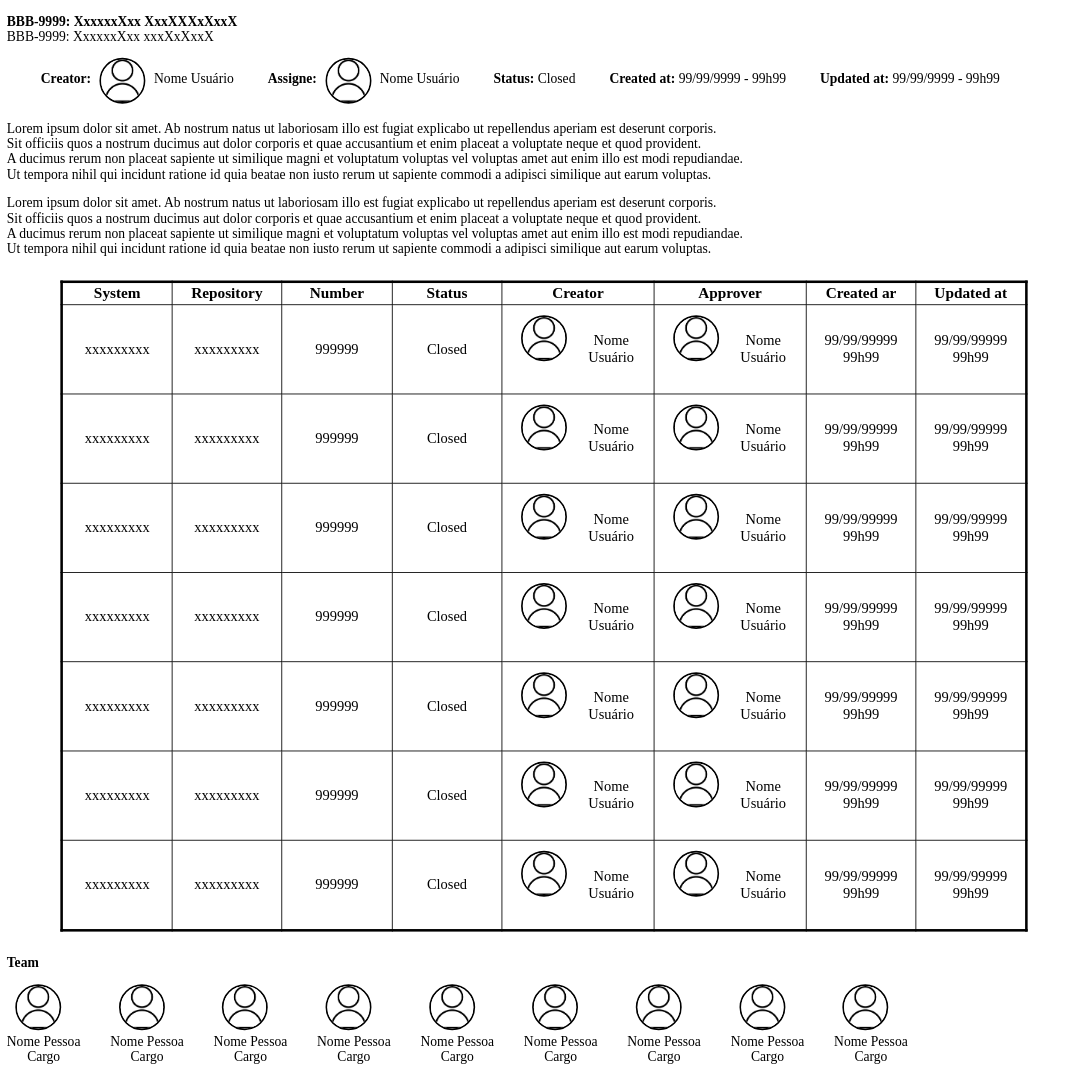
Repository: AnaBerlanda/PaginaFer
Page: index.html
An editor plug-in stored every save of this project. The page is shown before and after the next save, followed by the edit.
The browser window is 1280 px wide. The pictures show the whole page, at 85% of full size.

Above is the page before, as saved 2022-05-23 21:59:42.

### index.html
<!DOCTYPE html>
<html lang="en">
<head>
    <meta charset="UTF-8">
    <meta http-equiv="X-UA-Compatible" content="IE=edge">
    <meta name="viewport" content="width=device-width, initial-scale=1.0">
    <link type="text/css" rel="stylesheet" href="index.css">
    <title>Release</title>
</head>
<body>
    <p>
        <strong>BBB-9999: XxxxxxXxx XxxXXXxXxxX</strong><br>
        BBB-9999: XxxxxxXxx xxxXxXxxX
    </p>
    <div class="container">
        <div class="textos">
        <p class="sub-titulos"><strong>Creator:</strong></p>
        </div>
        <div class="imagem">
            <img src="imagem/Icone-usuario-Png-1024x1024.png">
        </div>
        <div class="nome-usuario">
            <p>Nome Usuário</p>
        </div>
        <div class="textos">
            <p class="sub-titulos"><strong>Assigne:</strong></p>
        </div>
            <div class="imagem">
                <img src="imagem/Icone-usuario-Png-1024x1024.png">
            </div>
            <div class="nome-usuario">
                <p>Nome Usuário</p>
            </div>
        <div class="textos">
            <p class="sub-titulos"><strong>Status:</strong> Closed</p>
        </div>
        <div class="textos">
            <p class="sub-titulos"><strong>Created at:</strong> 99/99/9999 - 99h99</p>
        </div>
        <div class="textos">
            <p class="sub-titulos"><strong>Updated at:</strong> 99/99/9999 - 99h99</p>
        </div>
    </div>
    <p>
        Lorem ipsum dolor sit amet. Ab nostrum natus ut laboriosam illo est fugiat explicabo ut repellendus aperiam est deserunt corporis.<br> Sit officiis quos a nostrum ducimus aut dolor corporis et quae accusantium et enim placeat a voluptate neque et quod provident.<br> A ducimus rerum non placeat sapiente ut similique magni et voluptatum voluptas vel voluptas amet aut enim illo est modi repudiandae.<br> Ut tempora nihil qui incidunt ratione id quia beatae non iusto rerum ut sapiente commodi a adipisci similique aut earum voluptas.
    </p>
    <p>
        Lorem ipsum dolor sit amet. Ab nostrum natus ut laboriosam illo est fugiat explicabo ut repellendus aperiam est deserunt corporis.<br> Sit officiis quos a nostrum ducimus aut dolor corporis et quae accusantium et enim placeat a voluptate neque et quod provident.<br> A ducimus rerum non placeat sapiente ut similique magni et voluptatum voluptas vel voluptas amet aut enim illo est modi repudiandae.<br> Ut tempora nihil qui incidunt ratione id quia beatae non iusto rerum ut sapiente commodi a adipisci similique aut earum voluptas.
    </p>
    <table class="tabela">
        <tr>
            <th>System</th>
            <th>Repository</th>
            <th>Number</th>
            <th>Status</th>
            <th>Creator</th>
            <th>Approver</th>
            <th>Created ar</th>
            <th>Updated at</th>
        </tr>
        <tr>
            <td>xxxxxxxxx</td>
            <td>xxxxxxxxx</td>
            <td>999999</td>
            <td>Closed</td>
            <td>
                <div class="tabela-imagem">
                    <div class="imagem">
                    <img src="imagem/Icone-usuario-Png-1024x1024.png">
                    </div>
                <div class="textos">
                    <p class="nome">Nome Usuário</p>
                </div>
                </div>
            </td>
            <td>
                <div class="tabela-imagem">
                    <div class="imagem">
                    <img src="imagem/Icone-usuario-Png-1024x1024.png">
                    </div>
                <div class="textos">
                    <p class="nome">Nome Usuário</p>
                </div>
                </div>
            </td>
            <td>99/99/99999 99h99</td>
            <td>99/99/99999 99h99</td>
        </tr>
        <tr>
            <td>xxxxxxxxx</td>
            <td>xxxxxxxxx</td>
            <td>999999</td>
            <td>Closed</td>
            <td>
                <div class="tabela-imagem">
                    <div class="imagem">
                    <img src="imagem/Icone-usuario-Png-1024x1024.png">
                    </div>
                <div class="textos">
                    <p class="nome">Nome Usuário</p>
                </div>
                </div>
            </td>
            <td>
                <div class="tabela-imagem">
                    <div class="imagem">
                    <img src="imagem/Icone-usuario-Png-1024x1024.png">
                    </div>
                <div class="textos">
                    <p class="nome">Nome Usuário</p>
                </div>
                </div>
            </td>
            <td>99/99/99999 99h99</td>
            <td>99/99/99999 99h99</td>
        </tr>
        <tr>
            <td>xxxxxxxxx</td>
            <td>xxxxxxxxx</td>
            <td>999999</td>
            <td>Closed</td>
            <td>
                <div class="tabela-imagem">
                    <div class="imagem">
                    <img src="imagem/Icone-usuario-Png-1024x1024.png">
                    </div>
                <div class="textos">
                    <p class="nome">Nome Usuário</p>
                </div>
                </div>
            </td>
            <td>
                <div class="tabela-imagem">
                    <div class="imagem">
                    <img src="imagem/Icone-usuario-Png-1024x1024.png">
                    </div>
                <div class="textos">
                    <p class="nome">Nome Usuário</p>
                </div>
                </div>
            </td>
            <td>99/99/99999 99h99</td>
            <td>99/99/99999 99h99</td>
        </tr>
        <tr>
            <td>xxxxxxxxx</td>
            <td>xxxxxxxxx</td>
            <td>999999</td>
            <td>Closed</td>
            <td>
                <div class="tabela-imagem">
                    <div class="imagem">
                    <img src="imagem/Icone-usuario-Png-1024x1024.png">
                    </div>
                <div class="textos">
                    <p class="nome">Nome Usuário</p>
                </div>
                </div>
            </td>
            <td>
                <div class="tabela-imagem">
                    <div class="imagem">
                    <img src="imagem/Icone-usuario-Png-1024x1024.png">
                    </div>
                <div class="textos">
                    <p class="nome">Nome Usuário</p>
                </div>
                </div>
            </td>
            <td>99/99/99999 99h99</td>
            <td>99/99/99999 99h99</td>
        </tr>
        <tr>
            <td>xxxxxxxxx</td>
            <td>xxxxxxxxx</td>
            <td>999999</td>
            <td>Closed</td>
            <td>
                <div class="tabela-imagem">
                    <div class="imagem">
                    <img src="imagem/Icone-usuario-Png-1024x1024.png">
                    </div>
                <div class="textos">
                    <p class="nome">Nome Usuário</p>
                </div>
                </div>
            </td>
            <td>
                <div class="tabela-imagem">
                    <div class="imagem">
                    <img src="imagem/Icone-usuario-Png-1024x1024.png">
                    </div>
                <div class="textos">
                    <p class="nome">Nome Usuário</p>
                </div>
                </div>
            </td>
            <td>99/99/99999 99h99</td>
            <td>99/99/99999 99h99</td>
        </tr>
        <tr>
            <td>xxxxxxxxx</td>
            <td>xxxxxxxxx</td>
            <td>999999</td>
            <td>Closed</td>
            <td>
                <div class="tabela-imagem">
                    <div class="imagem">
                    <img src="imagem/Icone-usuario-Png-1024x1024.png">
                    </div>
                <div class="textos">
                    <p class="nome">Nome Usuário</p>
                </div>
                </div>
            </td>
            <td>
                <div class="tabela-imagem">
                    <div class="imagem">
                    <img src="imagem/Icone-usuario-Png-1024x1024.png">
                    </div>
                <div class="textos">
                    <p class="nome">Nome Usuário</p>
                </div>
                </div>
            </td>
            <td>99/99/99999 99h99</td>
            <td>99/99/99999 99h99</td>
        </tr>
        <tr>
            <td>xxxxxxxxx</td>
            <td>xxxxxxxxx</td>
            <td>999999</td>
            <td>Closed</td>
            <td>
                <div class="tabela-imagem">
                    <div class="imagem">
                    <img src="imagem/Icone-usuario-Png-1024x1024.png">
                    </div>
                <div class="textos">
                    <p class="nome">Nome Usuário</p>
                </div>
                </div>
            </td>
            <td>
                <div class="tabela-imagem">
                    <div class="imagem">
                    <img src="imagem/Icone-usuario-Png-1024x1024.png">
                    </div>
                <div class="textos">
                    <p class="nome">Nome Usuário</p>
                </div>
                </div>
            </td>
            <td>99/99/99999 99h99</td>
            <td>99/99/99999 99h99</td>
        </tr>
    </table>
    <p><strong>Team</strong></p>
    <div class="imagens-time">
        <div class="imagem">
            <img src="imagem/Icone-usuario-Png-1024x1024.png">
            <p class="nome">Nome Pessoa</p>
            <p class="cargo">Cargo</p>
        </div>
        <div class="imagem">
            <img src="imagem/Icone-usuario-Png-1024x1024.png">
            <p class="nome">Nome Pessoa</p>
            <p class="cargo">Cargo</p>
        </div>
        <div class="imagem">
            <img src="imagem/Icone-usuario-Png-1024x1024.png">
            <p class="nome">Nome Pessoa</p>
            <p class="cargo">Cargo</p>
        </div>
        <div class="imagem">
            <img src="imagem/Icone-usuario-Png-1024x1024.png">
            <p class="nome">Nome Pessoa</p>
            <p class="cargo">Cargo</p>
        </div>
        <div class="imagem">
            <img src="imagem/Icone-usuario-Png-1024x1024.png">
            <p class="nome">Nome Pessoa</p>
            <p class="cargo">Cargo</p>
        </div>
        <div class="imagem">
            <img src="imagem/Icone-usuario-Png-1024x1024.png">
            <p class="nome">Nome Pessoa</p>
            <p class="cargo">Cargo</p>
        </div>
        <div class="imagem">
            <img src="imagem/Icone-usuario-Png-1024x1024.png">
            <p class="nome">Nome Pessoa</p>
            <p class="cargo">Cargo</p>
        </div>
        <div class="imagem">
            <img src="imagem/Icone-usuario-Png-1024x1024.png">
            <p class="nome">Nome Pessoa</p>
            <p class="cargo">Cargo</p>
        </div>
        <div class="imagem">
            <img src="imagem/Icone-usuario-Png-1024x1024.png">
            <p class="nome">Nome Pessoa</p>
            <p class="cargo">Cargo</p>
        </div>

    </div>
    <div class="textos-time">


    </div>

    </div>















</body>
</html>

### index.css
.container{
    display: flex;

}
.imagem img{
    width: 50px;
    height: 50px;
    border-radius: 50%;
    border: 2px solid black;
    margin-left: 10px;
}
.textos{
    margin-left: 40px;
}
.nome-usuario{
    margin-left: 10px;
}
.main-container{
    display: flex;
    justify-content: space-around;
    gap: 10px;
}
table {
    border-collapse: collapse;
    border: 3px solid black;
    width: 90%;
    margin: 28px auto;
    border-radius: 2%;
}
table th{
    border: 1px solid black;
    color:black;
    font-size: 18px;
    padding: 2px;

}
table td {
    text-align: center;
    border: 1px solid black;
    color: black;
    font-size: 17px;
    width: 10%;
    padding: 5px;
}
.tabela-imagem{
    display:flex
}
.tabela-imagem .textos{
    margin: 10px;
}
.tabela-imagem .imagem{
    margin: 7px;
}
.imagens-time{
display: flex;
}
.imagens-time{
    display: flex;
    gap: 35px;
}
.imagens-time .imagem p{
    margin: 0;
    padding: 0;
    text-align: center;
}

After the next save:
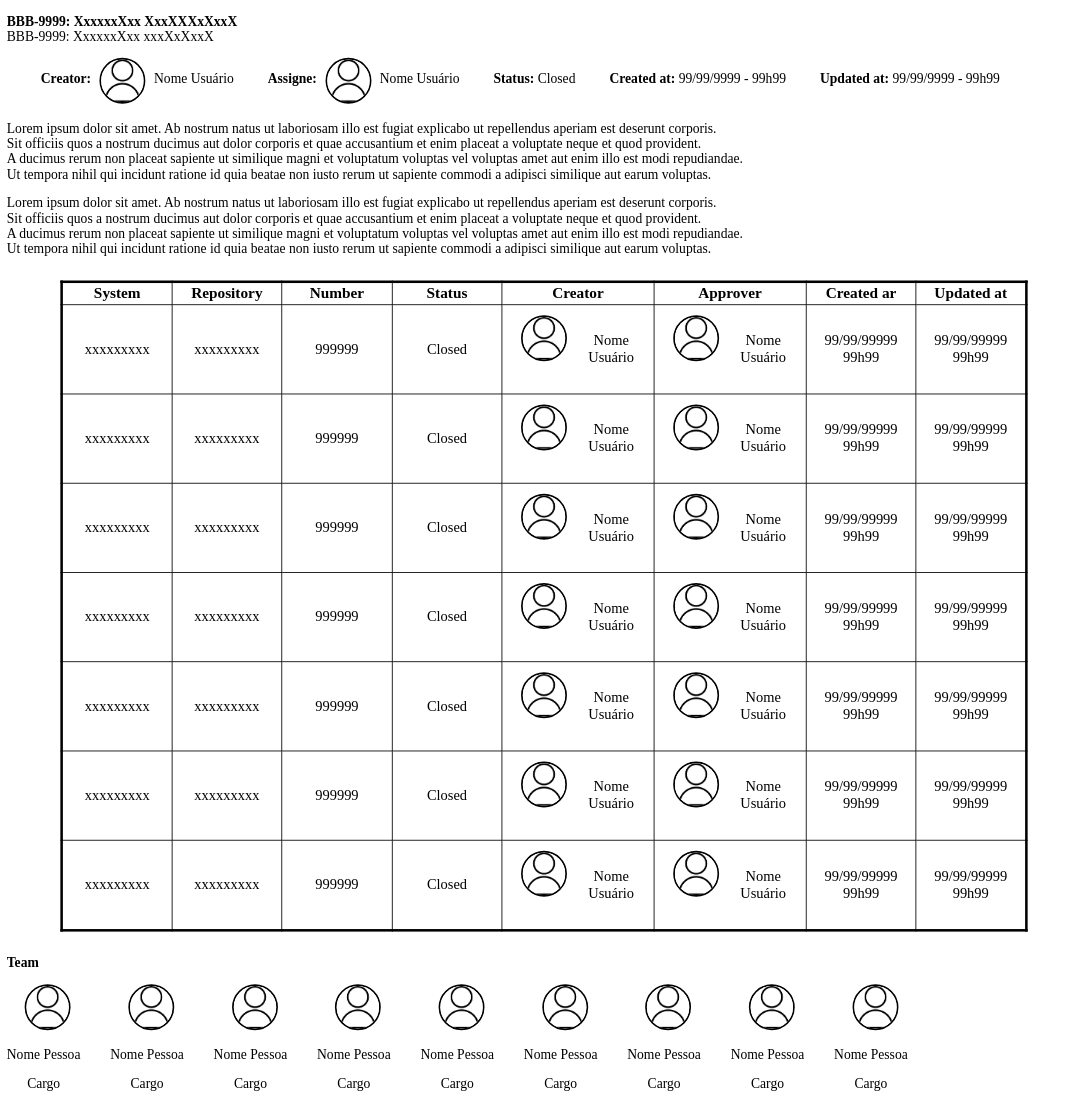
Saved 33 s later.
--- a/index.css
+++ b/index.css
@@ -58,7 +58,7 @@ display: flex;
     display: flex;
     gap: 35px;
 }
-.imagens-time .imagem p{
+.imagens-time .imagem {
     margin: 0;
     padding: 0;
     text-align: center;
